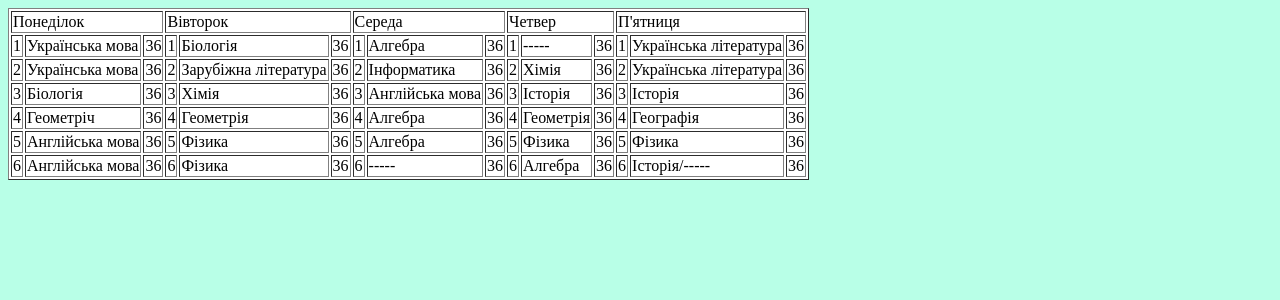
Repository: alexandrastarovoyda-star/homework_info
Page: pr7/html/pr7.html
These files come from the project's save history. The page is drawn as it stood at one moment and after the next save; the edit follows.
The browser window is 1280 px wide. The pictures show the whole page.

Above is the page before, as saved 2026-03-14 19:19:14.

### pr7/html/pr7.html
<!DOCTYPE html>
<html lang="ua">
    <head>
        <title>Мій сайт HTML</title>
        <meta charset="utf-8">
        <link rel="stylesheet" href="../css/main.css">
    </head>
    <body>
        <table border='1px' style="background-color: white;">
        <tr>
        <td colspan="3">Понеділок</td>
        <td colspan="3">Вівторок</td>
        <td colspan="3">Середа</td>
        <td colspan="3">Четвер</td>
        <td colspan="3">П'ятниця</td>
        </tr>
        <tr>
        <td>1</td><td>Українська мова</td><td>36</td>
        <td>1</td><td>Біологія</td><td>36</td>
        <td>1</td><td>Алгебра</td><td>36</td>
        <td>1</td><td>-----</td><td>36</td>
        <td>1</td><td>Українська література</td><td>36</td>
        </tr>
        <tr>
        <td>2</td><td>Українська мова</td><td>36</td>
        <td>2</td><td>Зарубіжна література</td><td>36</td>
        <td>2</td><td>Інформатика</td><td>36</td>
        <td>2</td><td>Хімія</td><td>36</td>
        <td>2</td><td>Українська література</td><td>36</td>
        </tr>
        <tr>
        <td>3</td><td>Біологія</td><td>36</td>
        <td>3</td><td>Хімія</td><td>36</td>
        <td>3</td><td>Англійська мова</td><td>36</td>
        <td>3</td><td>Історія</td><td>36</td>
        <td>3</td><td>Історія</td><td>36</td>
        </tr>
        <tr>
        <td>4</td><td>Геометріч</td><td>36</td>
        <td>4</td><td>Геометрія</td><td>36</td>
        <td>4</td><td>Алгебра</td><td>36</td>
        <td>4</td><td>Геометрія</td><td>36</td>
        <td>4</td><td>Географія</td><td>36</td>
        </tr>
        <tr>
        <td>5</td><td>Англійська мова</td><td>36</td>
        <td>5</td><td>Фізика</td><td>36</td>
        <td>5</td><td>Алгебра</td><td>36</td>
        <td>5</td><td>Фізика</td><td>36</td>
        <td>5</td><td>Фізика</td><td>36</td>
        </tr>
        <tr>
        <td>6</td><td>Англійська мова</td><td>36</td>
        <td>6</td><td>Фізика</td><td>36</td>
        <td>6</td><td>-----</td><td>36</td>
        <td>6</td><td>Алгебра</td><td>36</td>
        <td>6</td><td>Історія/-----</td><td>36</td>
        </tr>
        </table>
    </body>
</html>

### pr7/css/main.css
body{
    background-color: rgba(127, 255, 212, 0.548);
}

.cn{
    text-align: center;
}

.jf{
    text-align: justify;
}

.rg{
    text-align: right;
}

.lf{
    text-align: left;
}

main p {
    background-color: rgba(255, 255, 255, 0.562);
}

After the next save:
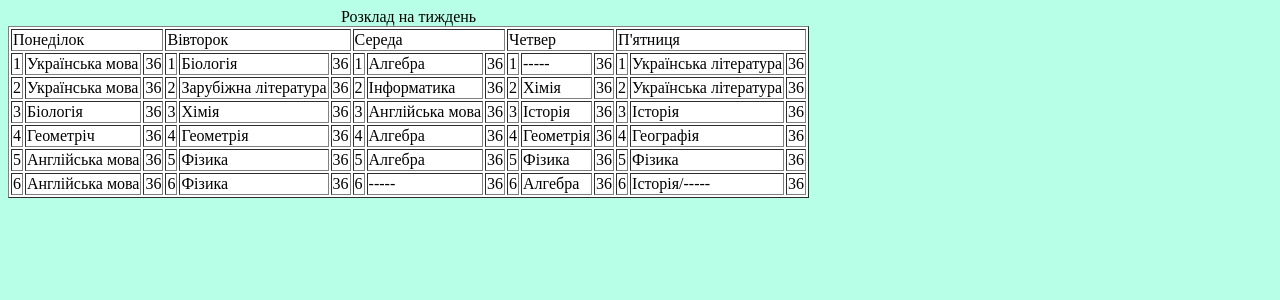
Saved 54 s later.
--- a/pr7/html/pr7.html
+++ b/pr7/html/pr7.html
@@ -7,6 +7,7 @@
     </head>
     <body>
         <table border='1px' style="background-color: white;">
+        <caption>Розклад на тиждень</caption>
         <tr>
         <td colspan="3">Понеділок</td>
         <td colspan="3">Вівторок</td>
